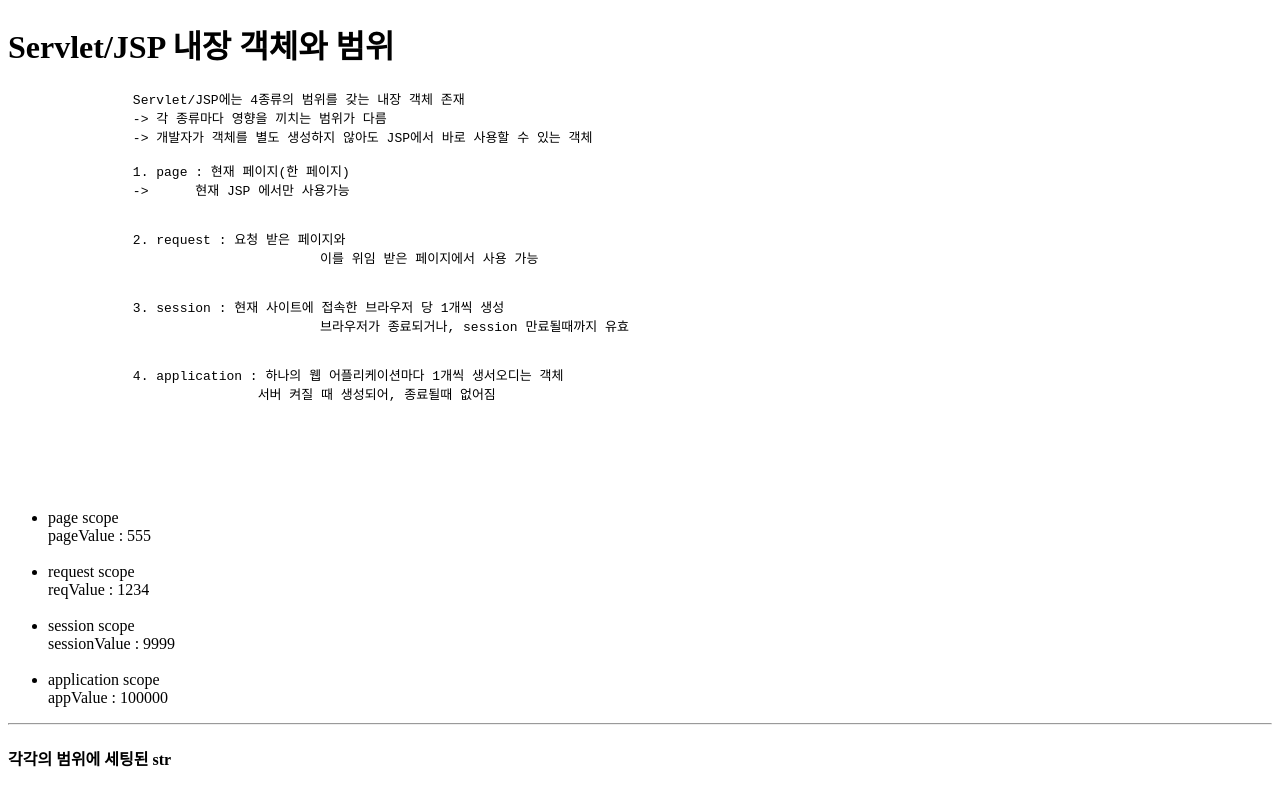
Repository: seungjoo1217/05_Server
Page: http://localhost/JSPProject2/scope
An editor plug-in stored every save of this project. The page is shown before and after the next save, followed by the edit.
The browser window is 1280 px wide. The pictures show the whole page.
The page is served by Tomcat 10.

Above is the page before, as saved 2024-03-22 06:36:33.

After the next save:
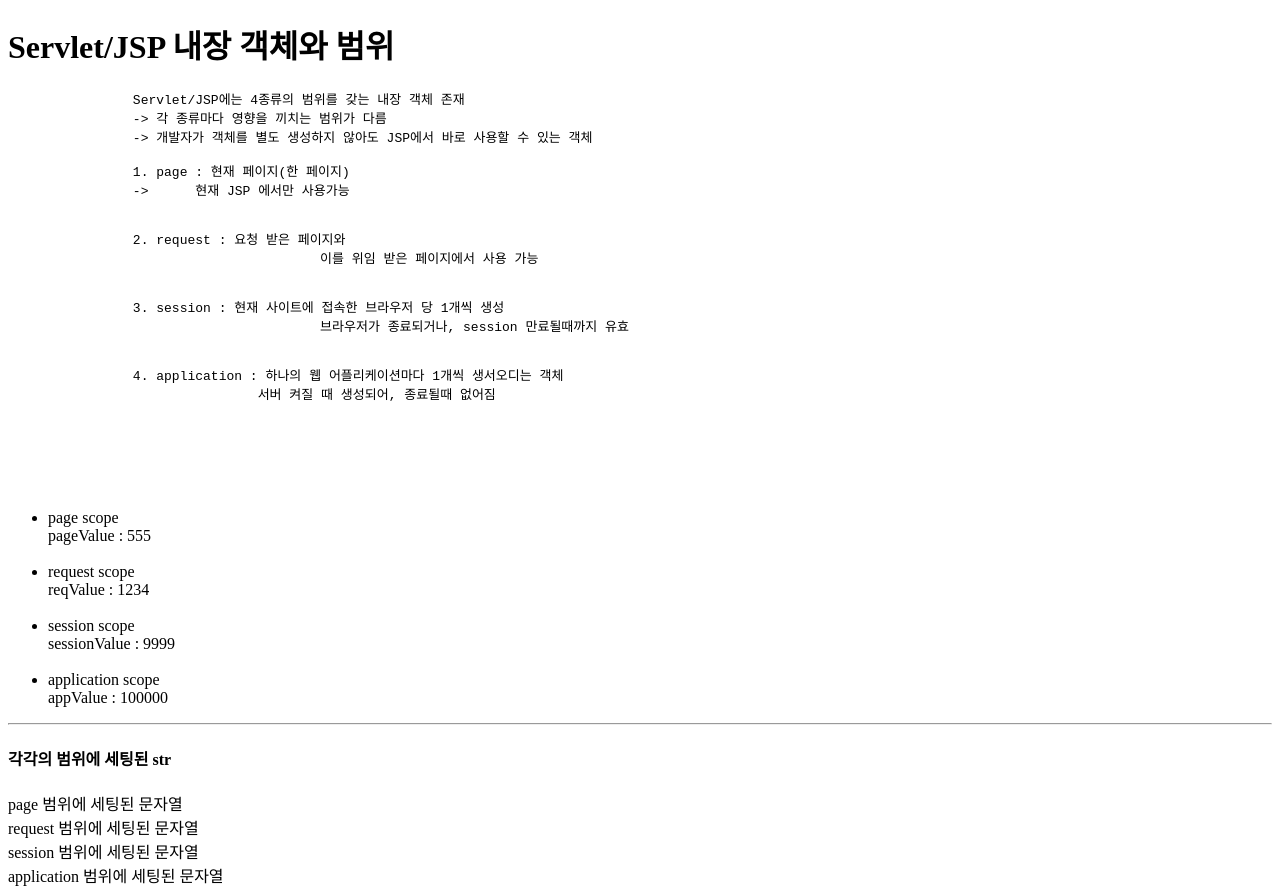
Saved 37 s later.
--- a/JSPProject2/src/main/webapp/WEB-INF/views/scope/scope.jsp
+++ b/JSPProject2/src/main/webapp/WEB-INF/views/scope/scope.jsp
@@ -78,7 +78,10 @@
 	<hr>
 
 	<h4>각각의 범위에 세팅된 str</h4>
-
+	${pageScope.str}<br>
+	${requestScope.str}<br>
+	${sessionScope.str}<br>
+	${applicationScope.str}<br>
 
 
 
